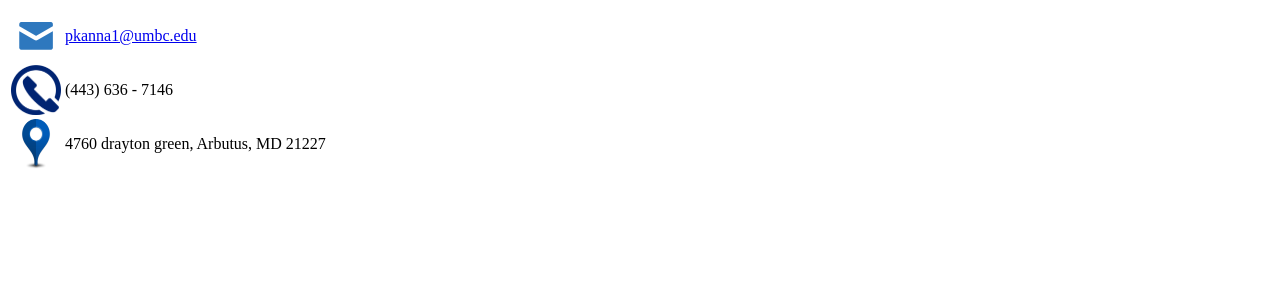
Repository: phanindrakannaji/Resume
Page: http://localhost/application/pages/contact.php
These files come from the project's save history. The page is drawn as it stood at one moment and after the next save; the edit follows.
The browser window is 1280 px wide. The pictures show the whole page.
The page is run by PHP 8.4 with error messages shown; the project is at /var/www/html/.

Above is the page before, as saved 2016-09-25 02:17:42.
Console error: ReferenceError: $ is not defined

After the next save:
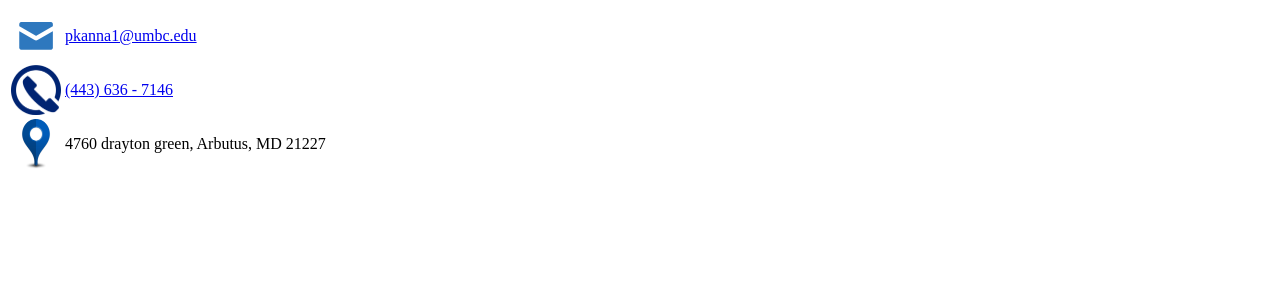
Saved 80 s later.
--- a/Resume/application/pages/contact.php
+++ b/Resume/application/pages/contact.php
@@ -11,7 +11,7 @@
 		<tr>
 			<td width="10%" style="text-align: center;"><img height="50" width="50"
 				src="../resources/images/phonelogo.png" /></td>
-			<td class="customfont normaltext" width="90%">(443) 636 - 7146</td>
+			<td class="customfont normaltext" width="90%"><a href="tel: +14436367146">(443) 636 - 7146</a></td>
 		</tr>
 		<tr>
 			<td width="10%" style="text-align: center;"><img height="50" width="30"
